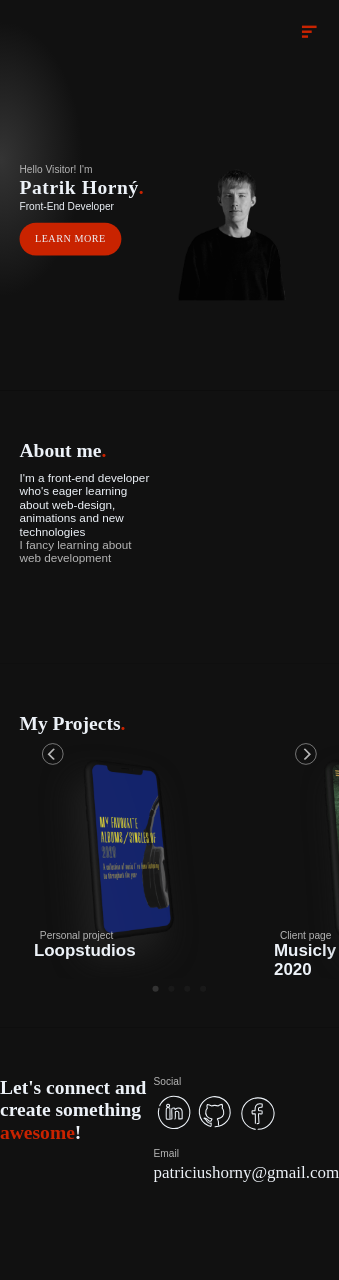
Repository: Spreceriany/portfolio
Page: index.html
The author's editor kept a copy of each file at every save. The page is drawn from the files as they stood at one save, then again after the next save.
The browser window is 556 px wide. The pictures show the whole page, at 61% of full size.
Some web fonts or font styles are not loaded; a fallback is used. The style sheet was rebuilt from its Sass, Less or Tailwind sources for each picture, by a compiler version that may differ from the author's.

Above is the page before, as saved 2021-03-11 15:27:32.

After the next save:
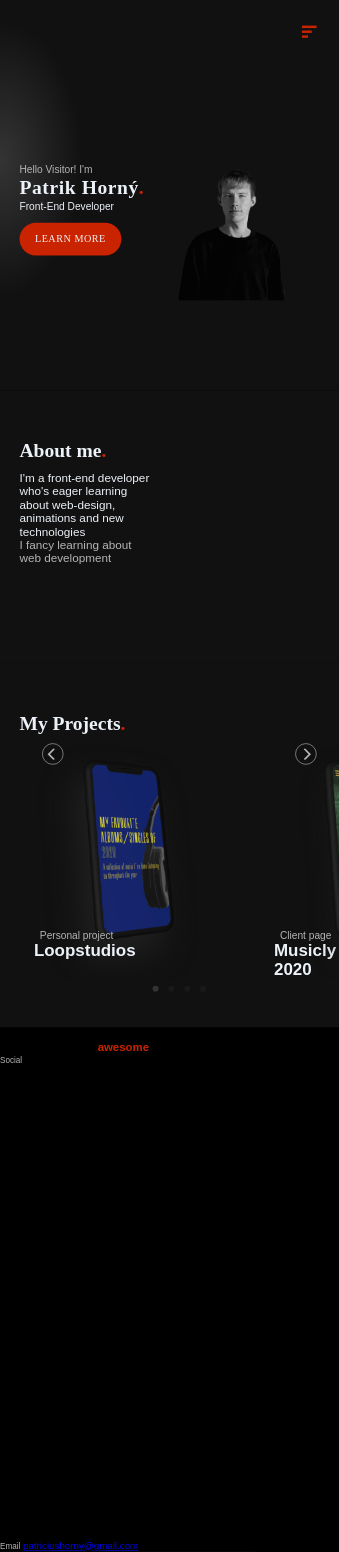
Saved 9 s later.
--- a/css/style.scss
+++ b/css/style.scss
@@ -56,103 +56,7 @@ main {
   height: 100% !important;
 }
 
-.contact{
-  width: 100%;
-  padding: 5em 0 10em 0em;
-  background: $black;
-  color: $white-ish;
-  display: grid;
-  grid-template-columns: 1fr;
-  @media(min-width:556px){
-    grid-template-columns: 1fr 1fr;
-  }
 
-
-  &__left-col{
-    margin-bottom: 2em;
-    font-family: 'Asul';
-    padding: 0em 2em;
-    @media(max-width:556px){
-      padding: 0;
-    }
-    h3{
-      @include clamping(2rem, 5vw, 3rem);
-
-
-      .orange{
-
-        font-weight: bold;
-
-
-      }
-    }
-  }
-
-  &__right-col{
-    display: flex;
-    flex-direction: column;
-    @media(max-width:556px){
-      padding:0;
-    }
-    padding: 0em 2em;
-
-    small{
-      @include clamping(.9rem,3vw ,1.5rem );
-      margin-bottom: .2em ;
-    }
-
-    svg {
-      width: 100%;
-      height: 100%;
-      fill: none;
-      stroke: #edf2f8;
-      stroke-width: 7;
-      stroke-linecap: round;
-      stroke-linejoin: round;
-      stroke-miterlimit: 10;
-      transition: stroke 0.3s, transform 0.3s ease-in;
-      &:hover {
-        stroke: $orange !important;
-        transform: translateY(-2px);
-      }
-    }
-
-    ul {
-      list-style-type: none;
-      li {
-        display: inline-flex;
-        width: 3em;
-        @media(min-width:556px){
-          width: 4em;
-          margin-bottom: 1.5em;
-        }
-        img {
-          width: 100%;
-        }
-      }
-    }
-
-    a{
-      @include clamping(1.5rem, 5vw, 2rem);
-      position: relative;
-      display: inline-block;
-      color: $orange;
-      overflow: hidden;
-      background: linear-gradient(to right, $orange, $orange 50%, $white-ish 50%);
-      background-clip: text;
-      -webkit-background-clip: text;
-      -webkit-text-fill-color: transparent;
-      background-size: 200% 100%;
-      background-position: 100%;
-      transition: background-position 275ms ease;
-      text-decoration: none;
-      font-family: 'Chivo';
-      &:hover {
-        background-position: 0 100%;
-      }
-    }
-  }
-}
 
 .flickity-prev-next-button{
   top: 8% !important;
